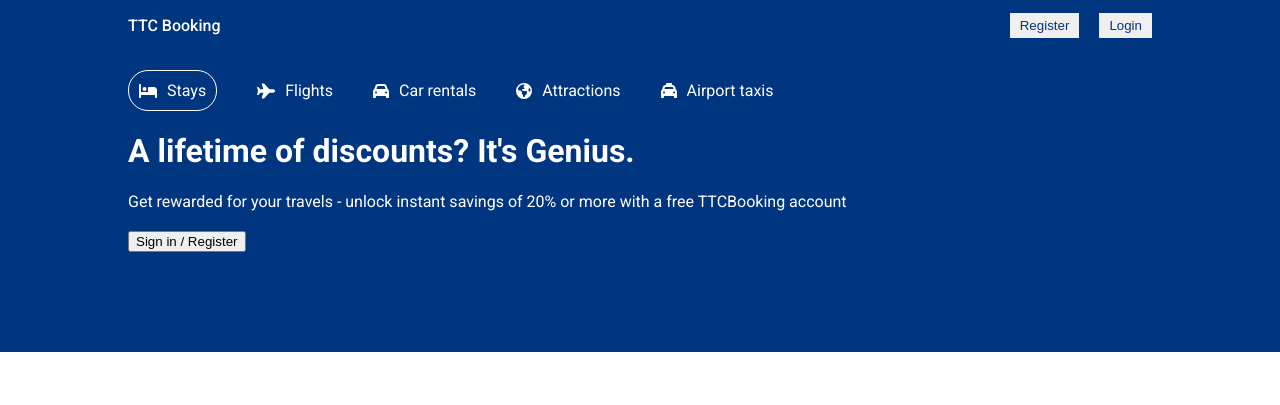
Repository: CarsonDev1/booking-app
Page: /
An editor plug-in stored every save of this project. The page is shown before and after the next save, followed by the edit.
The browser window is 1280 px wide. The pictures show the whole page.
The project was rebuilt for these pictures with package versions that can differ from the ones it lists, and the page was loaded fresh each time. Also part of the build but not shown: src/pages/home/home.css, src/pages/hotel/Hotel.jsx, src/pages/list/List.jsx.

Above is the page before, as saved 2022-12-03 00:48:05.

### public/index.html
<!DOCTYPE html>
<html lang="en">

<head>
  <meta charset="utf-8" />
  <link rel="icon" href="%PUBLIC_URL%/favicon.ico" />
  <meta name="viewport" content="width=device-width, initial-scale=1" />
  <meta name="theme-color" content="#000000" />
  <meta name="description" content="Web site created using create-react-app" />
  <link rel="apple-touch-icon" href="%PUBLIC_URL%/logo192.png" />
  <!--
      manifest.json provides metadata used when your web app is installed on a
      user's mobile device or desktop. See https://developers.google.com/web/fundamentals/web-app-manifest/
    -->
  <link rel="manifest" href="%PUBLIC_URL%/manifest.json" />
  <link rel="preconnect" href="https://fonts.googleapis.com">
  <link rel="preconnect" href="https://fonts.gstatic.com" crossorigin>
  <link
    href="https://fonts.googleapis.com/css2?family=Poppins:ital,wght@0,400;0,500;0,600;0,700;0,800;1,400;1,500;1,600;1,700&family=Roboto:ital,wght@0,300;0,400;0,500;0,700;1,300;1,400;1,500;1,700&display=swap"
    rel="stylesheet">
  <!--
      Notice the use of %PUBLIC_URL% in the tags above.
      It will be replaced with the URL of the `public` folder during the build.
      Only files inside the `public` folder can be referenced from the HTML.

      Unlike "/favicon.ico" or "favicon.ico", "%PUBLIC_URL%/favicon.ico" will
      work correctly both with client-side routing and a non-root public URL.
      Learn how to configure a non-root public URL by running `npm run build`.
    -->
  <title>React App</title>
</head>

<body>
  <noscript>You need to enable JavaScript to run this app.</noscript>
  <div id="root"></div>
  <!--
      This HTML file is a template.
      If you open it directly in the browser, you will see an empty page.

      You can add webfonts, meta tags, or analytics to this file.
      The build step will place the bundled scripts into the <body> tag.

      To begin the development, run `npm start` or `yarn start`.
      To create a production bundle, use `npm run build` or `yarn build`.
    -->
</body>

</html>

### src/index.css
body {
	margin: 0;
	padding: 0;
	box-sizing: border-box;
	font-family: "Roboto", sans-serif;
}

### src/App.js
import { BrowserRouter, Routes, Route } from "react-router-dom";
import Home from "./pages/home/Home";
import Hotel from "./pages/hotel/Hotel";
import List from "./pages/list/List";
function App() {
	return (
		<BrowserRouter>
			<Routes>
				<Route path="/" element={<Home />} />
				<Route path="/hotels" element={<List />} />
				<Route path="/hotels/:id" element={<Hotel />} />
			</Routes>
		</BrowserRouter>
	);
}

export default App;

### src/pages/home/Home.jsx
import Header from "../../components/header/Header";
import Navbar from "../../components/navbar/Navbar";
import "./home.css";

const Home = () => {
	return (
		<div>
			<Navbar />
			<Header />
		</div>
	);
};

export default Home;

### src/components/header/Header.jsx
import {
	faBed,
	faCar,
	faEarth,
	faMountain,
	faPlane,
	faTaxi,
} from "@fortawesome/free-solid-svg-icons";
import { FontAwesomeIcon } from "@fortawesome/react-fontawesome";
import "./header.css";

const Header = () => {
	return (
		<div className="header">
			<div className="headerContainer">
				<div className="headerList">
					<div className="headerListItem active">
						<FontAwesomeIcon icon={faBed} />
						<span>Stays</span>
					</div>
					<div className="headerListItem">
						<FontAwesomeIcon icon={faPlane} />
						<span>Flights</span>
					</div>
					<div className="headerListItem">
						<FontAwesomeIcon icon={faCar} />
						<span>Car rentals</span>
					</div>
					<div className="headerListItem">
						<FontAwesomeIcon icon={faEarth} />
						<span>Attractions</span>
					</div>
					<div className="headerListItem">
						<FontAwesomeIcon icon={faTaxi} />
						<span>Airport taxis</span>
					</div>
				</div>
				<h1 className="headerTitle">
					A lifetime of discounts? It's Genius.
				</h1>
				<p className="headerDesc">
					Get rewarded for your travels - unlock instant savings of
					20% or more with a free TTCBooking account
				</p>
				<button className="headerBtn">Sign in / Register</button>
			</div>
		</div>
	);
};

export default Header;

### src/components/navbar/Navbar.jsx
import "./navbar.css";

const NavBar = () => {
	return (
		<div className="navbar">
			<div className="navContainer">
				<span className="logo">TTC Booking</span>
				<div className="navItems">
					<button className="navButton">Register</button>
					<button className="navButton">Login</button>
				</div>
			</div>
		</div>
	);
};

export default NavBar;

### src/components/header/header.css
.header {
	background-color: #003580;
	color: white;
	display: flex;
	justify-content: center;
}
.headerContainer {
	width: 100%;
	max-width: 1024px;
	margin: 20px 0px 100px 0px;
}
.headerList {
	display: flex;
	gap: 40px;
}
.headerListItem {
	display: flex;
	align-items: center;
	gap: 10px;
}
.headerListItem.active {
	border: 1px solid white;
	padding: 10px;
	border-radius: 20px;
}
.headerDesc {
	margin: 20px 0px;
}

### src/components/navbar/navbar.css
.navbar {
	height: 50px;
	background-color: #003580;
	display: flex;
	justify-content: center;
}
.navContainer {
	width: 100%;
	max-width: 1024px;
	color: white;
	display: flex;
	align-items: center;
	justify-content: space-between;
}
.logo {
	font-weight: 500;
}
.navButton {
	margin-left: 20px;
	border: none;
	padding: 5px 10px;
	cursor: pointer;
	color: #003580;
}

Loaded but not shown: src/index.js (common file)

After the next save:
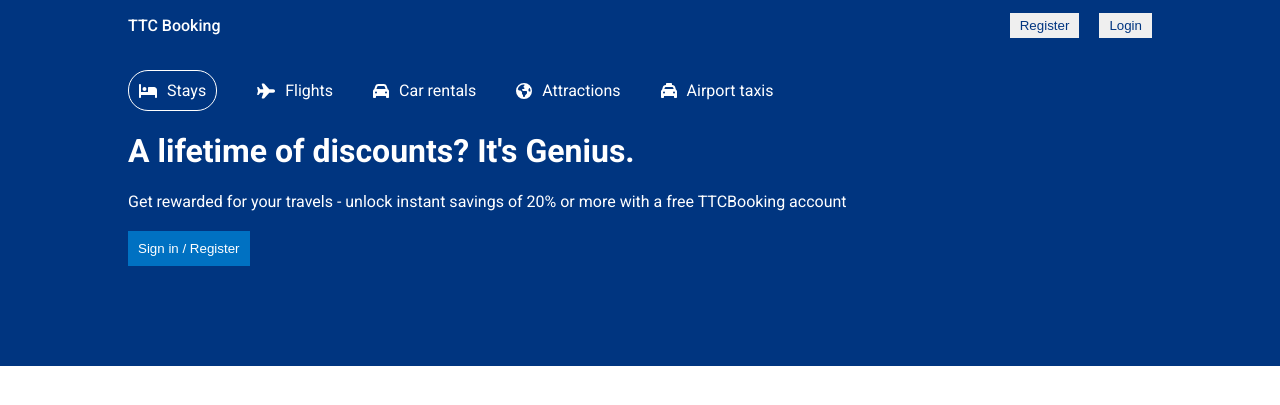
Saved 90 s later.
--- a/src/components/header/header.css
+++ b/src/components/header/header.css
@@ -26,3 +26,11 @@
 .headerDesc {
 	margin: 20px 0px;
 }
+.headerBtn {
+	background-color: #0071c2;
+	color: white;
+	font-weight: 500;
+	border: none;
+	padding: 10px;
+	cursor: pointer;
+}
